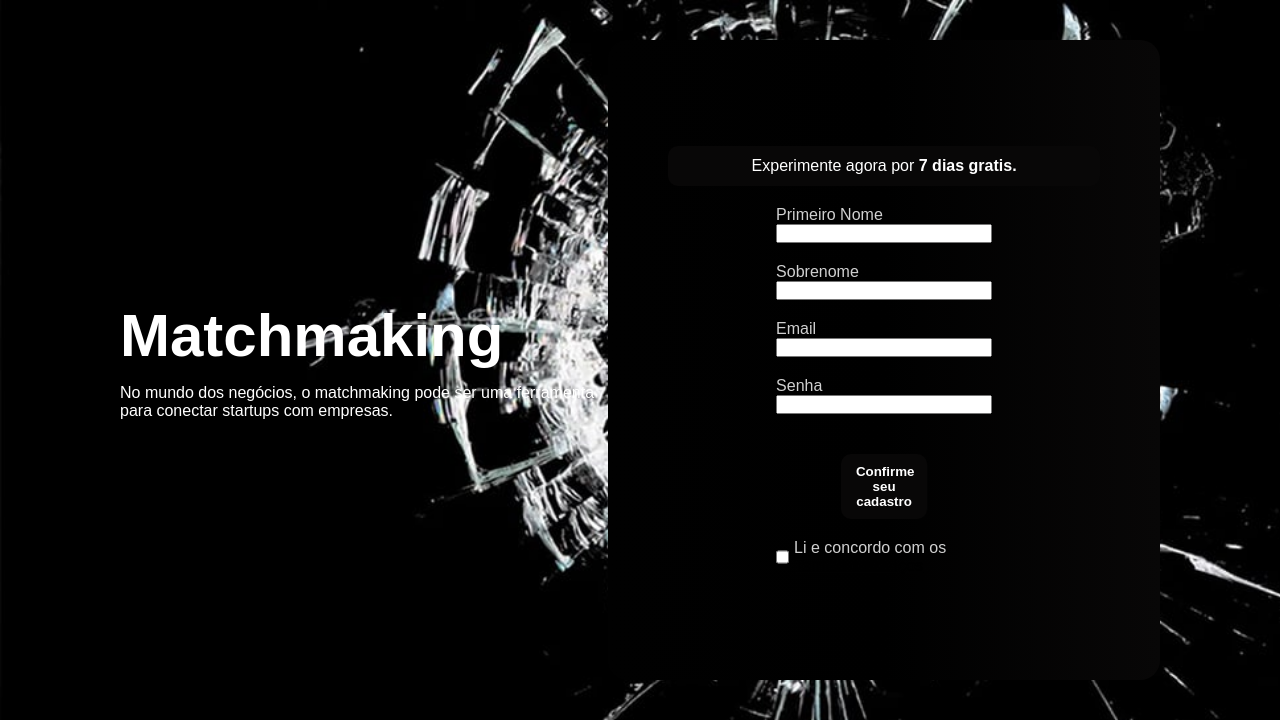
Repository: analessp/tela-login
Page: index.html
An editor plug-in stored every save of this project. The page is shown before and after the next save, followed by the edit.
The browser window is 1280 px wide. The pictures show the whole page.
Some web fonts or font styles are not loaded; a fallback is used.

Above is the page before, as saved 2025-04-16 12:01:13.

After the next save:
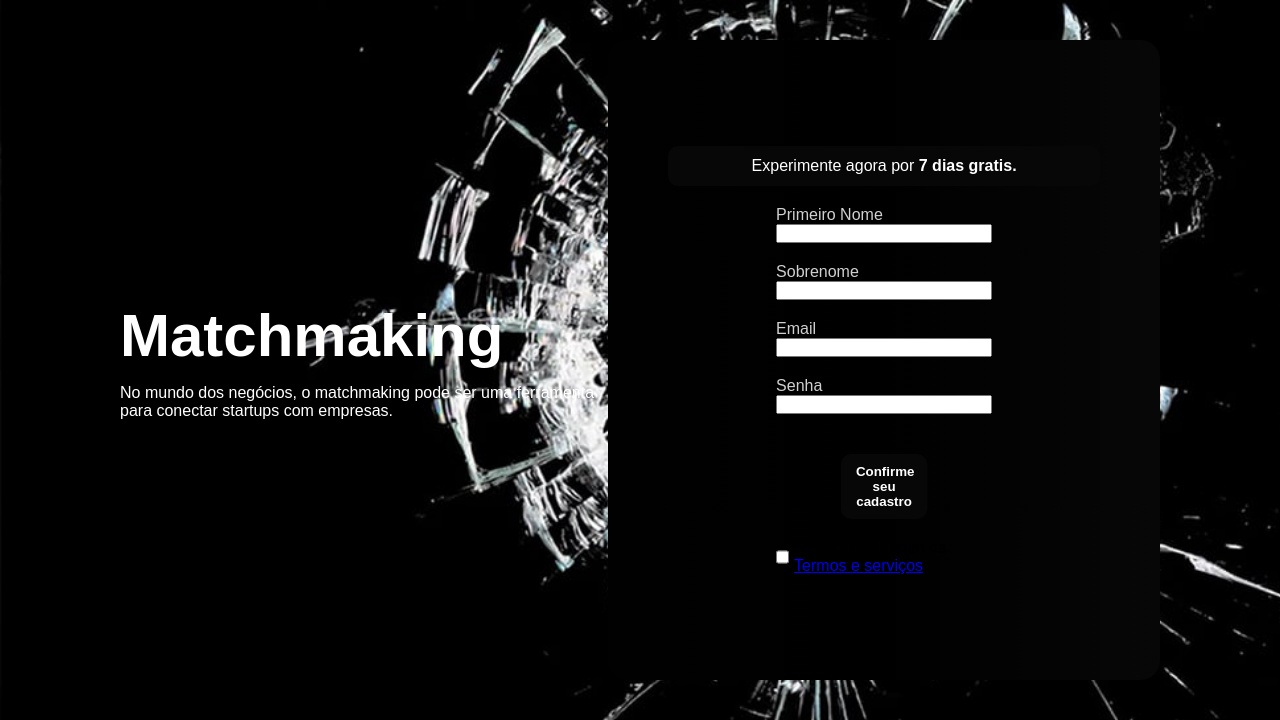
Saved 29 s later.
--- a/style.css
+++ b/style.css
@@ -127,7 +127,7 @@ text-align: center;
 
 }
 
-.terms p a{
+.terms p {
     width: fit-content;
     color: rgb(1, 1, 1);
 }
